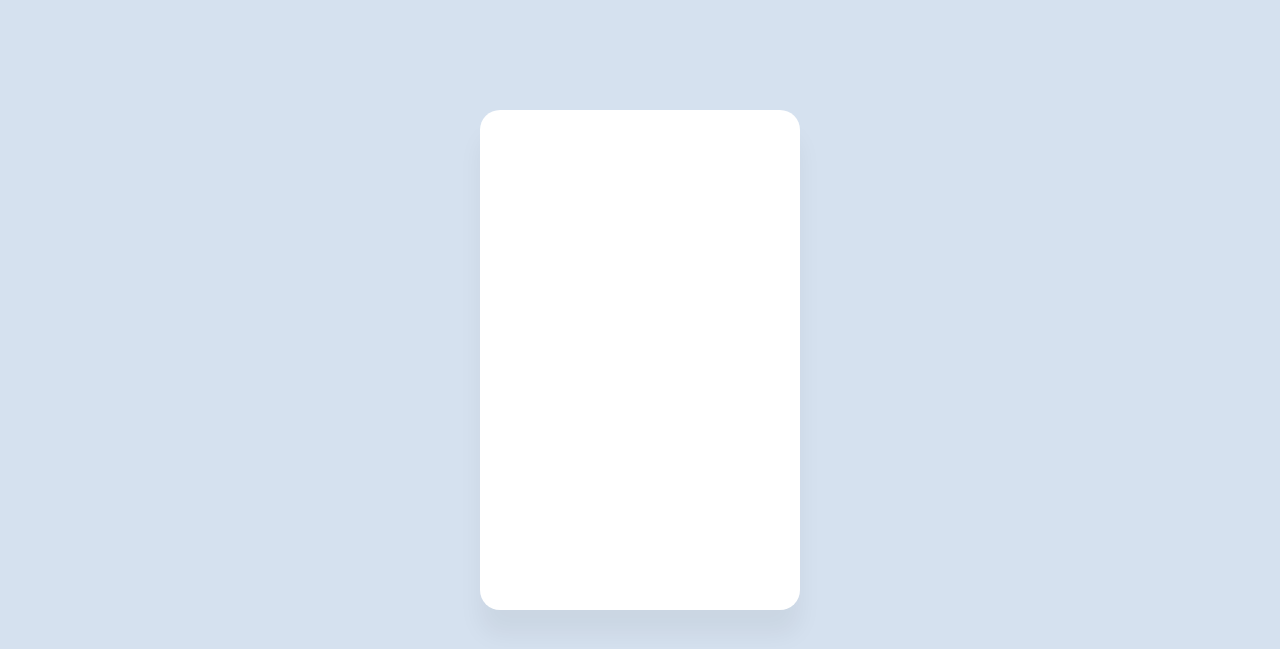
Repository: KamoliddinGIT/qr-code-component
Page: index.html
These files come from the project's save history. The page is drawn as it stood at one moment and after the next save; the edit follows.
The browser window is 1280 px wide. The pictures show the whole page.

Above is the page before, as saved 2023-09-12 14:58:10.

### index.html
<!DOCTYPE html>
<html lang="en">
  <head>
    <meta charset="UTF-8" />
    <meta name="viewport" content="width=device-width, initial-scale=1.0" />
    <link
      rel="icon"
      type="image/png"
      sizes="32x32"
      href="./images/favicon-32x32.png"
    />
    <link rel="stylesheet" href="./css/style.css" />
    <title>QR code component</title>
  </head>
  <body>
    <div class="container"></div>
  </body>
</html>

### css/style.css
* {
  margin: 0;
  padding: 0;
  box-sizing: border-box;
}

body {
  display: flex;
  justify-content: center;
  align-items: center;
  width: 100%;
  height: 100vh;
  background: #d5e1ef;
}

.container {
  width: 100%;
  max-width: 320px;
  height: 500px;
  padding: 16px 16px 40px;
  margin: auto;
  border-radius: 20px;
  background-color: var(--card-bg);
  box-shadow: 0px 25px 25px 0px rgba(0, 0, 0, 0.05);
  text-align: center;
  background: #fff;
}

After the next save:
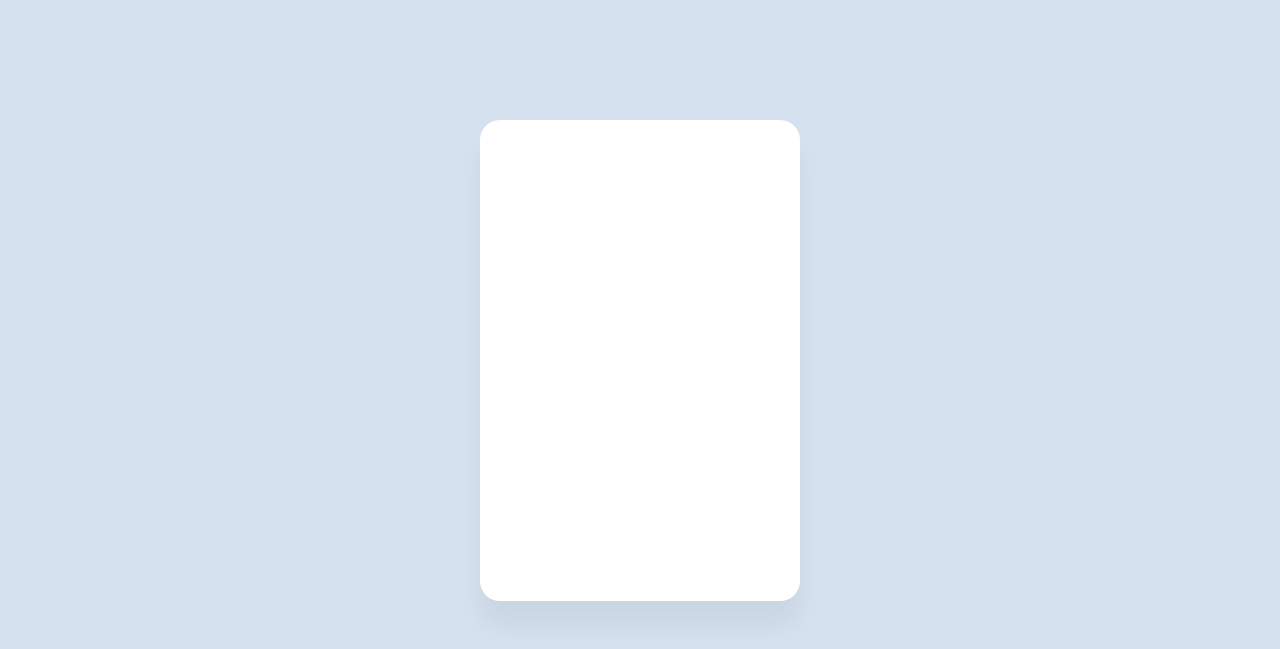
Saved 12 s later.
--- a/css/style.css
+++ b/css/style.css
@@ -16,7 +16,7 @@
 .container {
   width: 100%;
   max-width: 320px;
-  height: 500px;
+  height: 481px;
   padding: 16px 16px 40px;
   margin: auto;
   border-radius: 20px;
